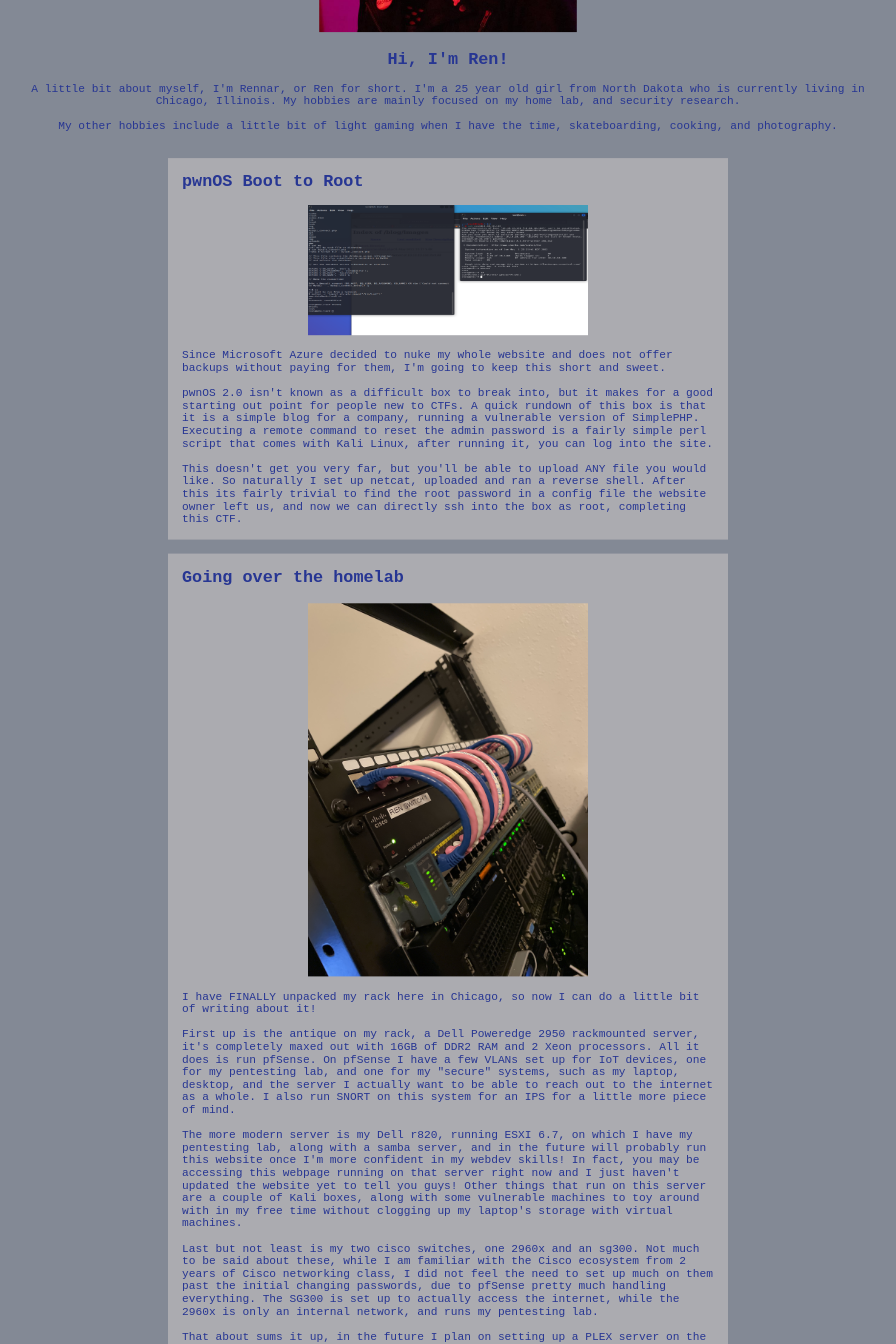
Repository: RennarDeer/RenDev
Page: index.html
These files come from the project's save history. The page is drawn as it stood at one moment and after the next save; the edit follows.
The browser window is 1280 px wide. The pictures show the part of the page from y = 457 to 2377 px (the page is 2574 px tall before and 2906 px after), at 70% of full size.

Above is the page before, as saved 2023-02-16 22:42:16.

### index.html
<!DOCTYPE html>
<html>
  <head>
    <title>Rennar's Website</title>
    <link rel="stylesheet" type="text/css" href="style.css">
  </head>
  <body>
    <header>
      <h1>Ren's Dumb Website</h1>

    </header>
     <!-- "About" section -->
     <section id="about" class="intro">
        <!--Replace with your own image-->
        <center><img src="renpic.JPG"
            alt="RennarPicture" height=375px;>
        <h2 class="section-title">Hi, I'm Ren!</h2>
        <p>
            A little bit about myself, I'm Rennar, or Ren for short. I'm a 25 year old girl from North Dakota
            who is currently living in Chicago, Illinois. My hobbies are mainly focused on my home lab, and security research.
            <br><br>
            My other hobbies include a little bit of light gaming when I have the time, skateboarding, cooking, and photography.</center>
	</p>
    </section>
    <main>
      <article>
        <h2>pwnOS Boot to Root</h2>

        <img src="boot2root.png" alt="Boot2Root">

        Since Microsoft Azure decided to nuke my whole website and does not offer backups without
        paying for them, I'm going to keep this short and sweet.

            <br><br>

        pwnOS 2.0 isn't known as a difficult box to break into, but it makes for a good starting out
        point for people new to CTFs. A quick rundown of this box is that it is a simple blog for a
        company, running a vulnerable version of SimplePHP. Executing a remote command to reset
        the admin password is a fairly simple perl script that comes with Kali Linux, after running it,
        you can log into the site.

            <br><br>

        This doesn't get you very far, but you'll be able to upload ANY file
        you would like. So naturally I set up netcat, uploaded and ran a reverse shell. After this its
        fairly trivial to find the root password in a config file the website owner left us, and now
        we can directly ssh into the box as root, completing this CTF.
      </article>
      <article>
        <h3>Going over the homelab</h3>

                        <img src="rackpic.JPG" alt="RensRack">

                        I have FINALLY unpacked my rack here in Chicago, so now I can do a little bit of writing about it!

                            <br><br>


                        First up is the antique on my rack, a Dell Poweredge 2950 rackmounted server, it's completely
                        maxed out with 16GB of DDR2 RAM and 2 Xeon processors. All it does is run pfSense. On pfSense
                        I have a few VLANs set up for IoT devices, one for my pentesting lab, and one for my "secure"
                        systems, such as my laptop, desktop, and the server I actually want to be able to reach out
                        to the internet as a whole. I also run SNORT on this system for an IPS for a little more piece
                        of mind.

                            <br><br>

                        The more modern server is my Dell r820, running ESXI 6.7, on which I have my pentesting lab,
                        along with a samba server, and in the future will probably run this website once I'm more confident
                        in my webdev skills! In fact, you may be accessing this webpage running on that server right now and
                        I just haven't updated the website yet to tell you guys! Other things that run on this server are a
                        couple of Kali boxes, along with some vulnerable machines to toy around with in my free time without
                        clogging up my laptop's storage with virtual machines.

                            <br><br>

                        Last but not least is my two cisco switches, one 2960x and an sg300. Not much to be said about these,
                        while I am familiar with the Cisco ecosystem from 2 years of Cisco networking class, I did not feel
                        the need to set up much on them past the initial changing passwords, due to pfSense pretty much handling
                        everything. The SG300 is set up to actually access the internet, while the 2960x is only an internal
                        network, and runs my pentesting lab.

                            <br><br>

                        That about sums it up, in the future I plan on setting up a PLEX server on the r820, along with expanding
                        the storage to store media files and have a proper RAID config instead of the current RAID0 array (this is
                        simply due to limitations on how much money I can throw at 2.5" SAS drives and SSD's). Hopefully this was
                        interesting, and I will keep this updated as I add new things and new services to my ecosystem!

      </article>
    </main>
    <footer>
    </footer>
  </body>
</html>

### style.css
body {
    background-color: #838995;
    color: #273693;
    font-family: "Courier New", Courier, monospace;
    font-size: 16px;
  }

  header {
    background-color: #44539c;
    color: #ababb0;
    padding: 20px;
    display: flex;
    justify-content: space-between;
    align-items: center;
  }

  nav ul {
    list-style: none;
    margin: 0;
    padding: 0;
    display: flex;
  }

  nav ul li {
    margin: 0 10px;
  }

  nav ul li a {
    color: #ababb0;
    text-decoration: none;
  }

  main {
    max-width: 800px;
    margin: 0 auto;
    padding: 20px;
  }

  article {
    background-color: #ababb0;
    padding: 20px;
    margin-bottom: 20px;
  }

  article h2 {
    color: #273693;
    font-size: 24px;
    margin-top: 0;
  }

  article img {
    display: block;
    margin: 20px auto;
    width: 400px;
    height: auto;
  }

  article h3 {
    color: #273693;
    font-size: 24px;
    margin-top: 0;
  }

  article img {
    display: block;
    margin: 20px auto;
    width: 400px;
    height: auto;
  }

  footer {
    background-color: #44539c;
    color: #ababb0;
    padding: 20px;
    text-align: center;
  }

After the next save:
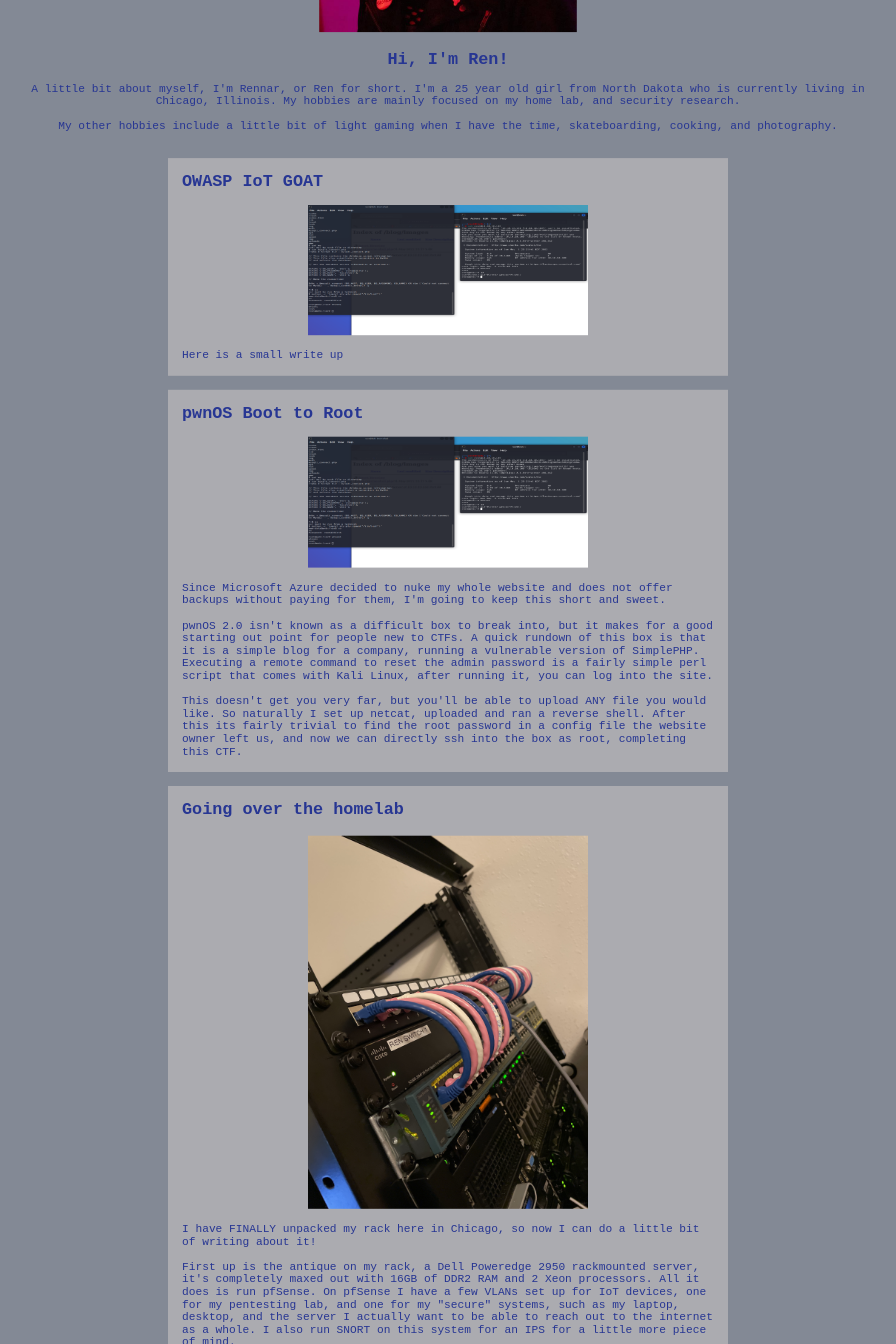
Saved 8 min 10 s later.
--- a/index.html
+++ b/index.html
@@ -23,6 +23,14 @@
 	</p>
     </section>
     <main>
+
+        <article>
+            <h2>OWASP IoT GOAT</h2>
+
+            <img src="boot2root.png" alt="Boot2Root">
+
+            Here is a small write up
+          </article>
       <article>
         <h2>pwnOS Boot to Root</h2>
 
